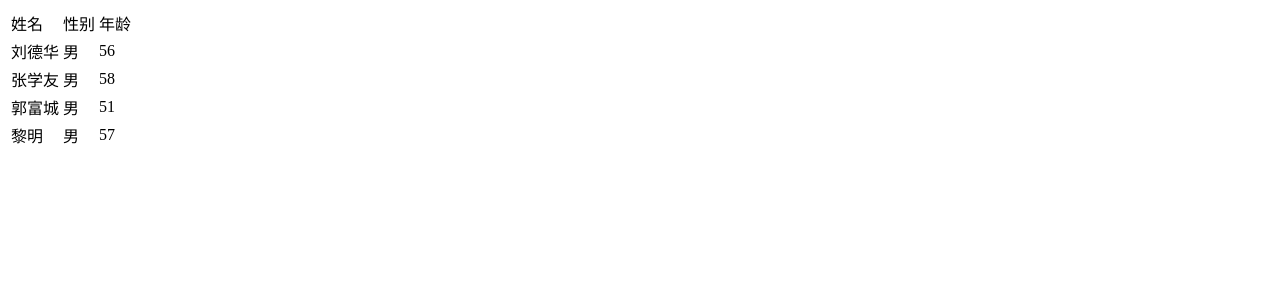
Repository: 129021/Front-end-learning
Page: 第2天/01-表格基本语法.html
An editor plug-in stored every save of this project. The page is shown before and after a run of saves, followed by the edit.
The browser window is 1280 px wide. The pictures show the whole page.

Above is the page before, as saved 2021-10-15 19:09:17.

After the next 2 saves:
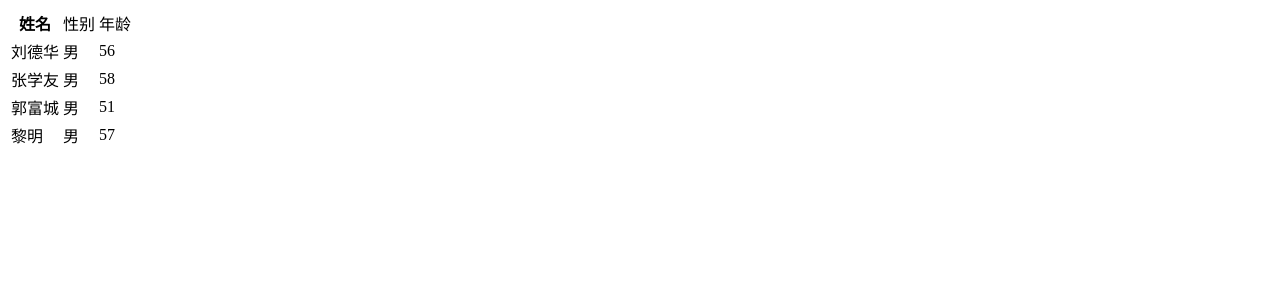
The 2 saves are shown as one change because they came seconds apart.
The last was saved 3 min 5 s later.
--- a/第2天/01-表格基本语法.html
+++ b/第2天/01-表格基本语法.html
@@ -11,7 +11,7 @@
 <body>
     <table>
         <tr>
-            <td>姓名</td>
+            <th>姓名</th>
             <td>性别</td>
             <td>年龄</td>
         </tr>
